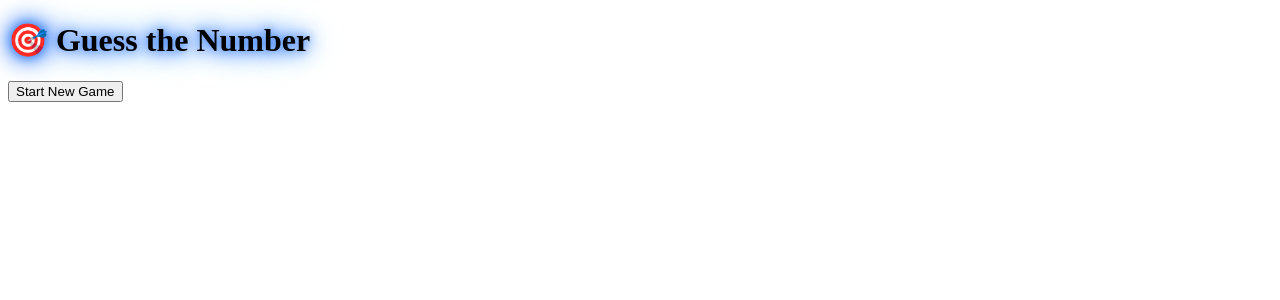
Repository: MuthuPandi-B/Number-Game
Page: / (app in frontend/)
The author's editor kept a copy of each file at every save. The page is drawn from the files as they stood at one save, then again after a run of saves.
The browser window is 1280 px wide. The pictures show the whole page.
The page's requests for data from a server got no answer. The project was rebuilt for these pictures with package versions that can differ from the ones it lists, and the page was loaded fresh each time. No one was signed in, and anything a server would have sent is missing. Also part of the build but not shown: frontend/vite.config.js.

Above is the page before, as saved 2025-03-15 11:21:19.

After the next 3 saves:
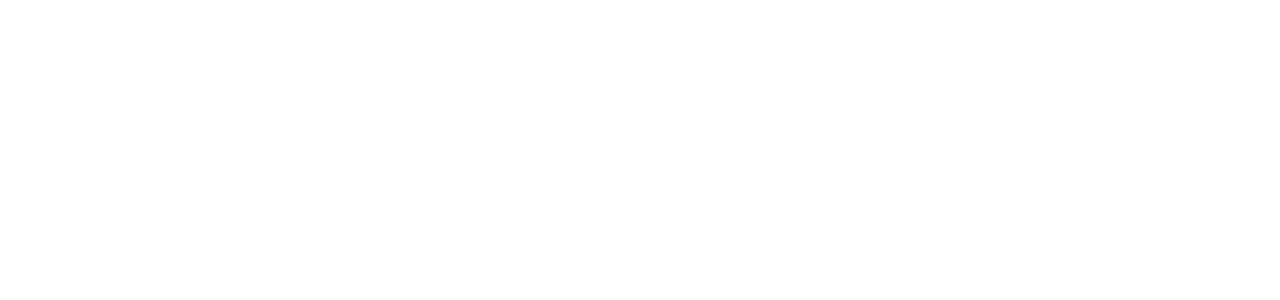
The 3 saves are shown as one change because 1 did not build or start and some came seconds apart.
The last was saved 17 s later.
--- a/frontend/src/App.jsx
+++ b/frontend/src/App.jsx
@@ -113,7 +113,9 @@
     setFeedback("");
   };
 
-  return <div className="flex justify-center items-center min-h-screen bg-black p-4">
+  return
+  (
+  <div className="flex justify-center items-center min-h-screen bg-black p-4">
   {/* Centered Box */}
   <div className="w-full max-w-md bg-gray-900 p-8 rounded-xl shadow-2xl border-2 border-gray-800 text-center">
     {/* Title */}
@@ -195,6 +197,7 @@
     )}
   </div>
 </div>
+  )
 };
 
 export default App;

After the 3 saves that followed:
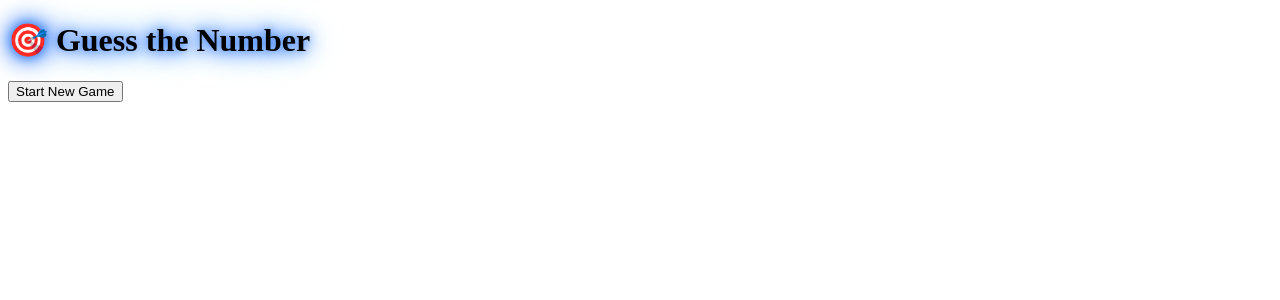
The 3 saves are shown as one change because they came seconds apart.
The last was saved 26 s later.
--- a/frontend/src/App.jsx
+++ b/frontend/src/App.jsx
@@ -113,9 +113,7 @@
     setFeedback("");
   };
 
-  return
-  (
-  <div className="flex justify-center items-center min-h-screen bg-black p-4">
+  return <div className="flex justify-center items-center min-h-screen bg-black p-4">
   {/* Centered Box */}
   <div className="w-full max-w-md bg-gray-900 p-8 rounded-xl shadow-2xl border-2 border-gray-800 text-center">
     {/* Title */}
@@ -197,7 +195,6 @@
     )}
   </div>
 </div>
-  )
 };
 
 export default App;
